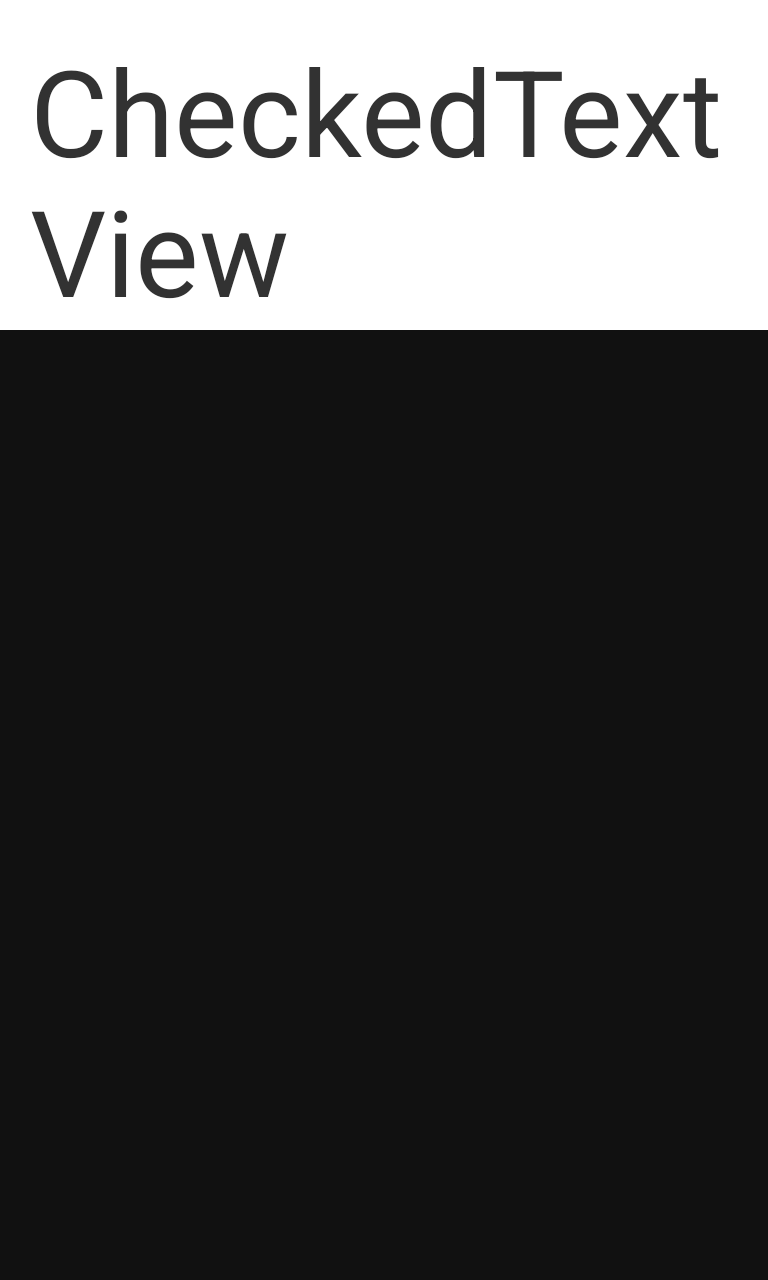
Repository: ppamorim/Coderock-X
Layout: workspace-Android/teste1/res/layout/activity_home.xml
These files come from the project's save history. The layout is drawn as it stood at one moment and after the next save; the edit follows.
It is drawn on a 768 x 1280 px phone screen (xhdpi) without system bars, with theme AppTheme; the app's code is not run. The app's manifest (not shown) leaves right-to-left support off. So textAlignment, textDirection and layoutDirection are ignored, and left and right values win over start and end ones.

Above is the layout before, as saved 2014-01-06 18:58:20.

After the next save:
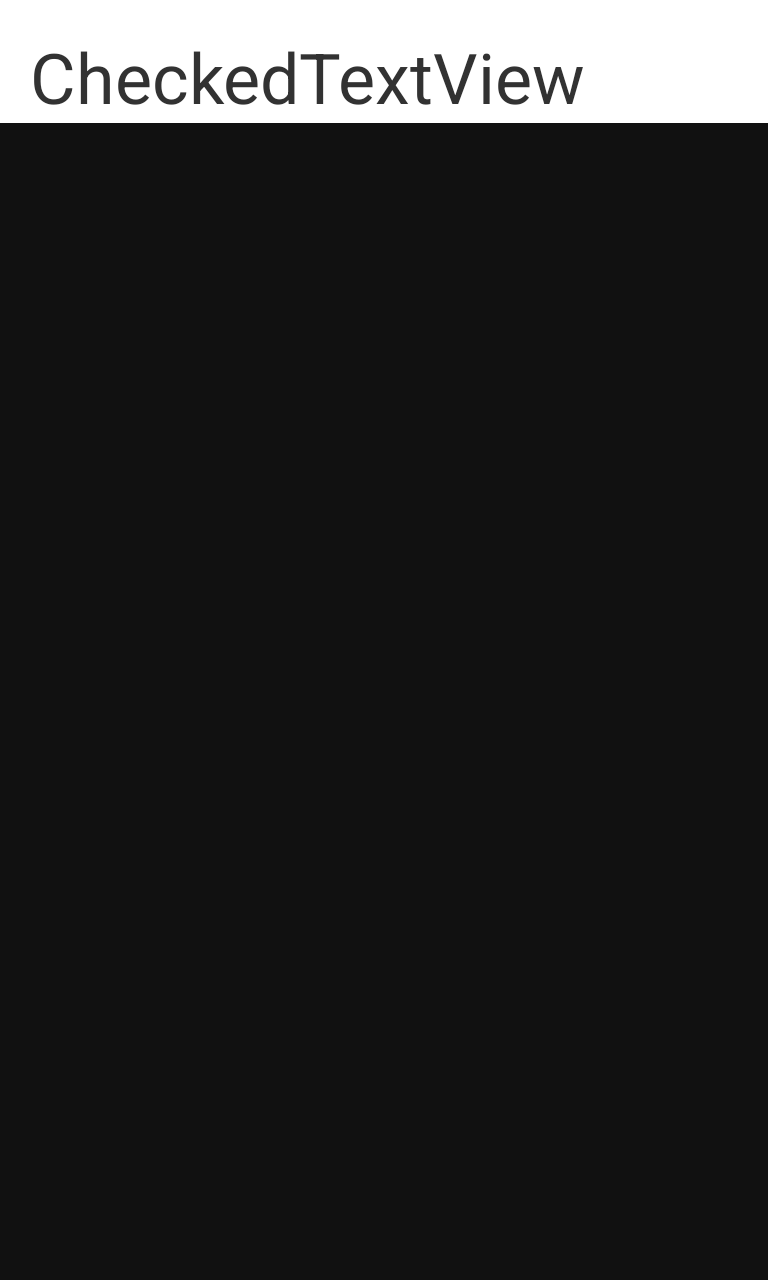
Saved 6 s later.
--- a/workspace-Android/teste1/res/layout/activity_home.xml
+++ b/workspace-Android/teste1/res/layout/activity_home.xml
@@ -15,7 +15,7 @@
             android:id="@+id/TextView1"
             android:layout_width="wrap_content"
             android:layout_height="wrap_content"
-            android:textSize="60dp"
+            android:textSize="35dp"
             android:layout_marginTop="15dp"
             android:layout_marginLeft="15dp"
             android:layout_marginRight="15dp"
